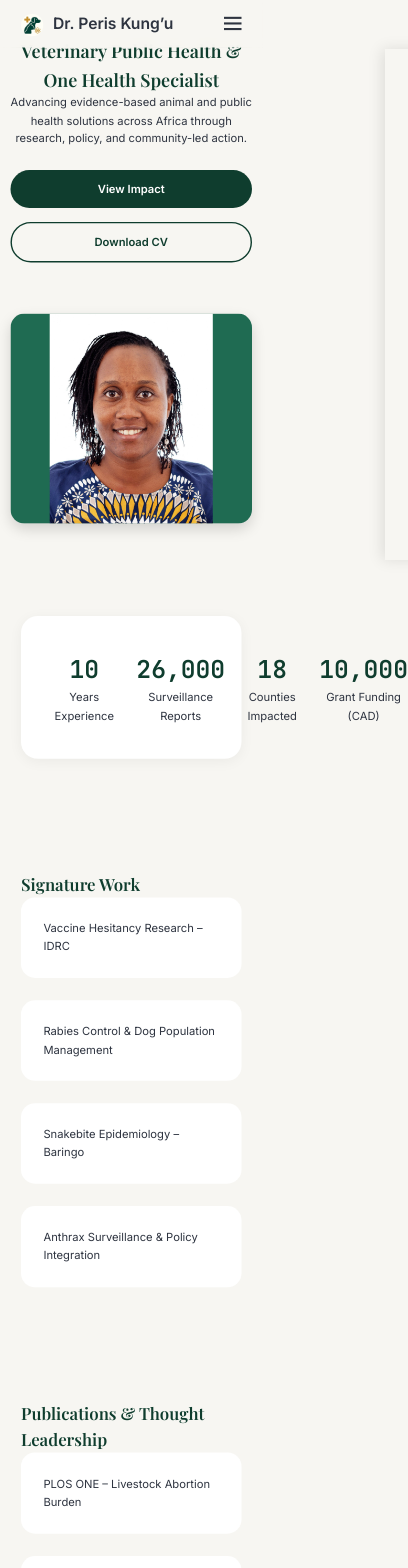
Repository: ladygit-comits/Peris_Portfolio
Page: index.html
An editor plug-in stored every save of this project. The page is shown before and after the next save, followed by the edit.
The browser window is 375 px wide. The page is 583 px wide, then 375 px, so the pictures cover 583 px, including what lies to the right of the window. The pictures show the part of the page from y = 0 to 2240 px (the page is 2936 px tall before and 3177 px after), at 70% of full size.

Above is the page before, as saved 2026-01-01 21:36:09.

After the next save:
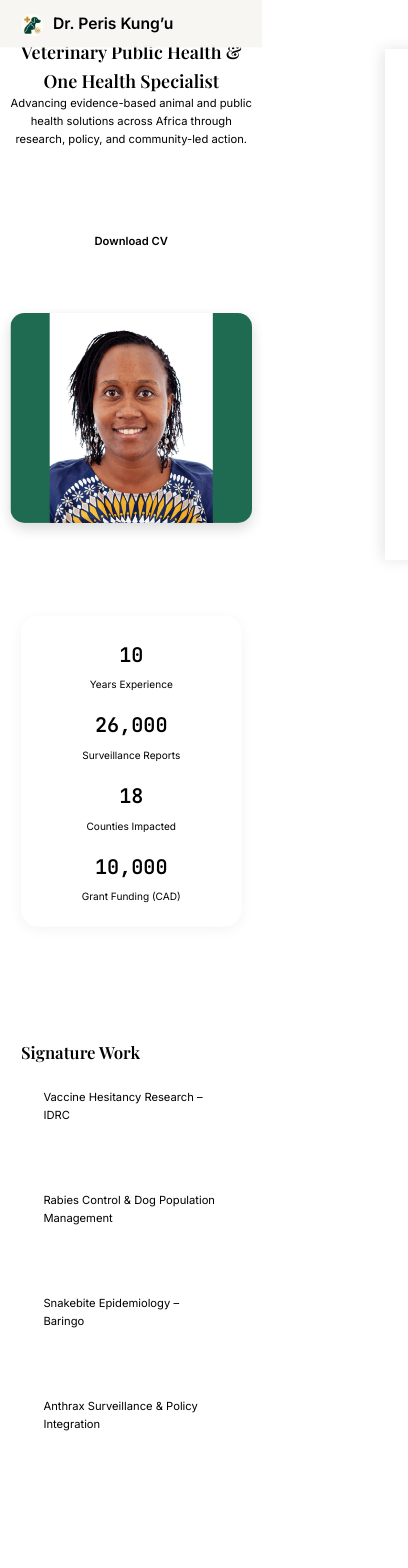
Saved 41 min 44 s later.
--- a/style.css
+++ b/style.css
@@ -1,3 +1,6 @@
+Sure! Here's your updated CSS as a proper code block:
+
+```css
 :root {
   --primary: #0F3D2E;
   --accent: #C9A24D;
@@ -7,7 +10,6 @@
   --transition: 0.3s ease;
 }
 
-/* Reset */
 * {
   margin: 0;
   padding: 0;
@@ -22,7 +24,6 @@ body {
   scroll-behavior: smooth;
 }
 
-/* Sections */
 section {
   padding: 5rem 8%;
 }
@@ -32,7 +33,6 @@ h1, h2, h3 {
   color: var(--primary);
 }
 
-/* NAVIGATION */
 nav {
   position: fixed;
   top: 0;
@@ -76,7 +76,6 @@ nav a:hover::after {
   border-radius: 2px;
 }
 
-/* Hamburger Menu for Mobile */
 .hamburger {
   display: none;
   flex-direction: column;
@@ -91,7 +90,6 @@ nav a:hover::after {
   transition: var(--transition);
 }
 
-/* HERO */
 .hero {
   min-height: 100vh;
   display: grid;
@@ -122,7 +120,6 @@ nav a:hover::after {
   box-shadow: 0 12px 25px rgba(0, 0, 0, 0.2);
 }
 
-/* Responsive adjustments */
 @media (max-width: 1100px) {
   .hero {
     grid-template-columns: 1fr;
@@ -163,7 +160,6 @@ nav a:hover::after {
   }
 }
 
-/* BUTTONS */
 .cta {
   margin-top: 2rem;
   display: flex;
@@ -196,13 +192,12 @@ nav a:hover::after {
   box-shadow: 0 8px 15px rgba(0,0,0,0.1);
 }
 
-/* STATS */
 .stats {
   background: #fff;
   border-radius: 24px;
-  padding: 3rem;
+  padding: 3rem 1.5rem;
   display: grid;
-  grid-template-columns: repeat(4, 1fr);
+  grid-template-columns: repeat(auto-fit, minmax(150px, 1fr));
   gap: 2rem;
   box-shadow: 0 4px 20px rgba(0,0,0,0.05);
 }
@@ -216,7 +211,27 @@ nav a:hover::after {
   font-size: 2.2rem;
 }
 
-/* GRID CARDS */
+.stat p {
+  font-size: 1rem;
+  margin-top: 0.5rem;
+  color: var(--muted);
+}
+
+@media (max-width: 600px) {
+  .stats {
+    padding: 2rem 1rem;
+    gap: 1.5rem;
+  }
+
+  .stat h3 {
+    font-size: 1.8rem;
+  }
+
+  .stat p {
+    font-size: 0.9rem;
+  }
+}
+
 .grid {
   display: grid;
   grid-template-columns: repeat(auto-fit, minmax(280px, 1fr));
@@ -236,24 +251,22 @@ nav a:hover::after {
   box-shadow: 0 12px 25px rgba(0,0,0,0.1);
 }
 
-/* FOOTER */
 footer {
   text-align: center;
   padding: 3rem;
   color: var(--muted);
 }
 
-/* SCROLL TO TOP */
 #scrollTop {
   position: fixed;
-  bottom: 30px;
-  right: 30px;
+  bottom: 20px;
+  right: 20px;
   background: var(--primary);
   color: #fff;
-  padding: 0.7rem 1rem;
+  padding: 0.6rem 0.9rem;
   border-radius: 50%;
   cursor: pointer;
-  font-size: 1.5rem;
+  font-size: 1.3rem;
   display: none;
   z-index: 100;
   transition: background 0.3s ease;
@@ -263,7 +276,6 @@ footer {
   background: var(--accent);
 }
 
-/* RESPONSIVE */
 @media (max-width: 900px) {
   .hero {
     grid-template-columns: 1fr;
@@ -295,6 +307,7 @@ footer {
     display: flex;
   }
 }
+
 .nav-logo {
   width: 32px;
   height: 32px;
@@ -303,3 +316,4 @@ footer {
   border-radius: 50%;
   object-fit: cover;
 }
+```
